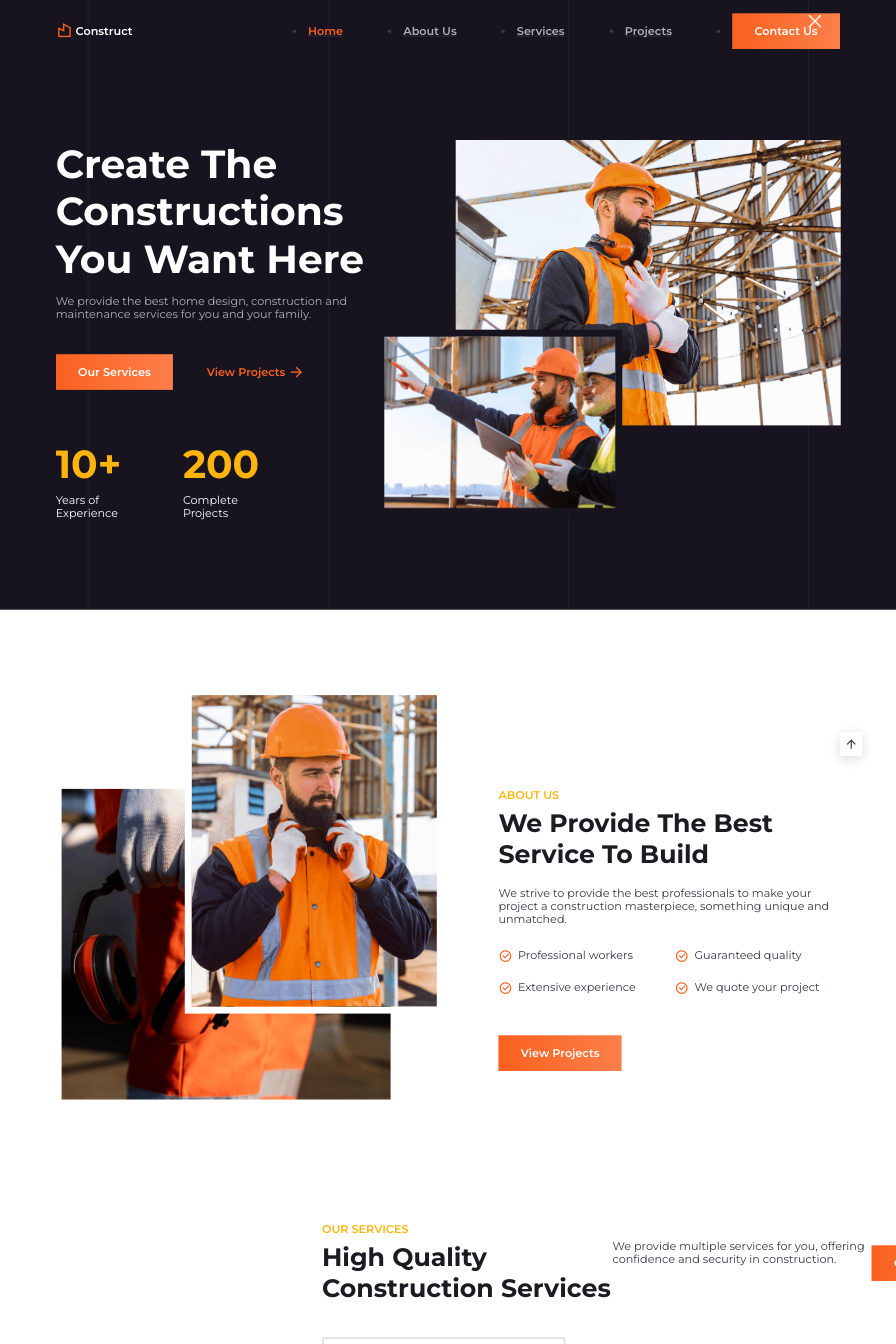
Repository: douglasabnovato/construction
Page: index.html
An editor plug-in stored every save of this project. The page is shown before and after the next save, followed by the edit.
The browser window is 1280 px wide. The pictures show the part of the page from y = 0 to 1920 px (the page is 5769 px tall), at 70% of full size.

Above is the page before, as saved 2025-05-02 11:30:26.
Console error: ReferenceError: ScrollReveal is not defined

After the next save:
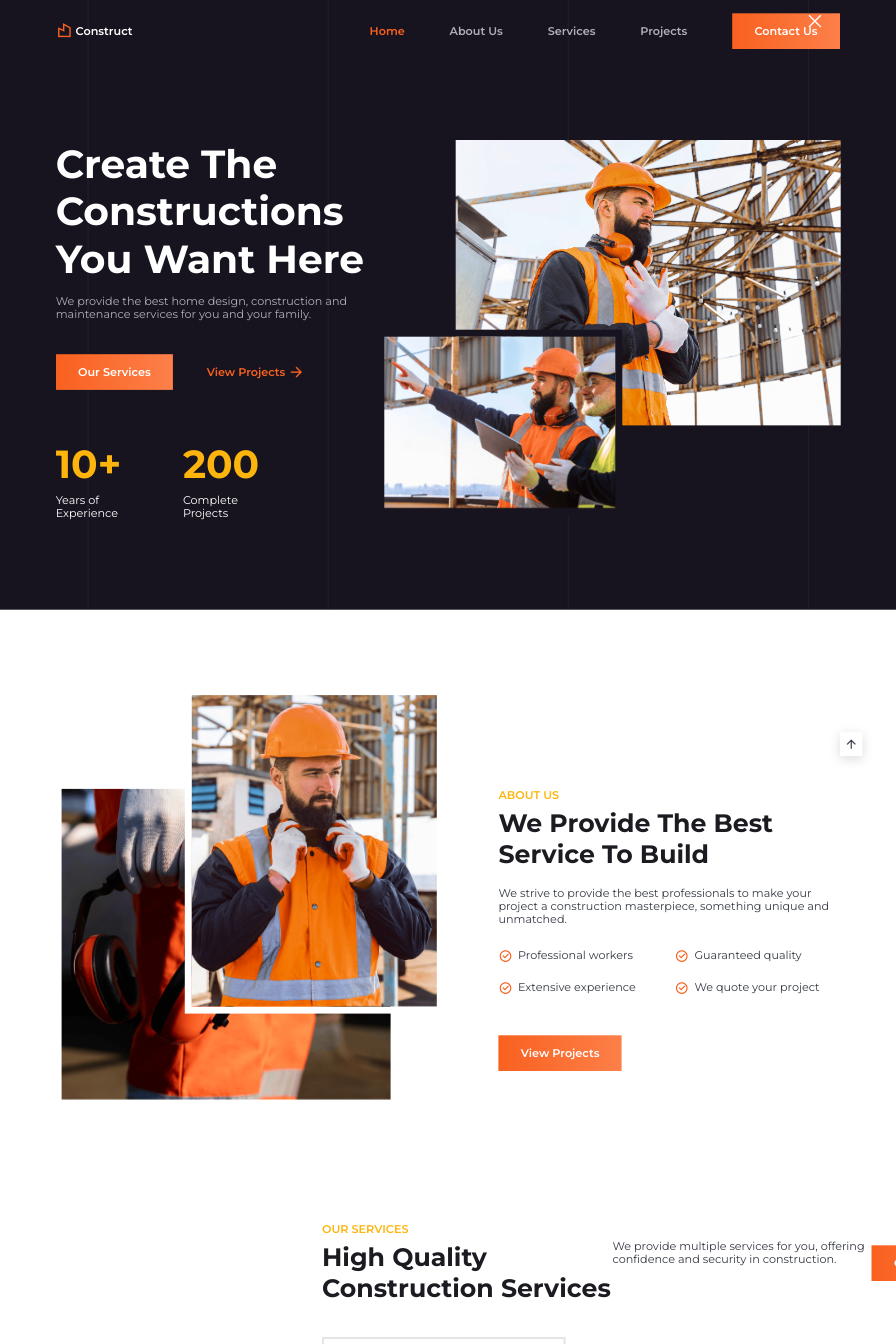
Saved 3 min 12 s later.
--- a/index.html
+++ b/index.html
@@ -34,7 +34,7 @@
           <span>Construct</span>
         </a>
         <div class="nav__menu" id="nav-menu">
-          <u class="nav__list">
+          <ul class="nav__list">
             <li>
               <a href="#home" class="nav__link active-link">Home</a>
             </li>
